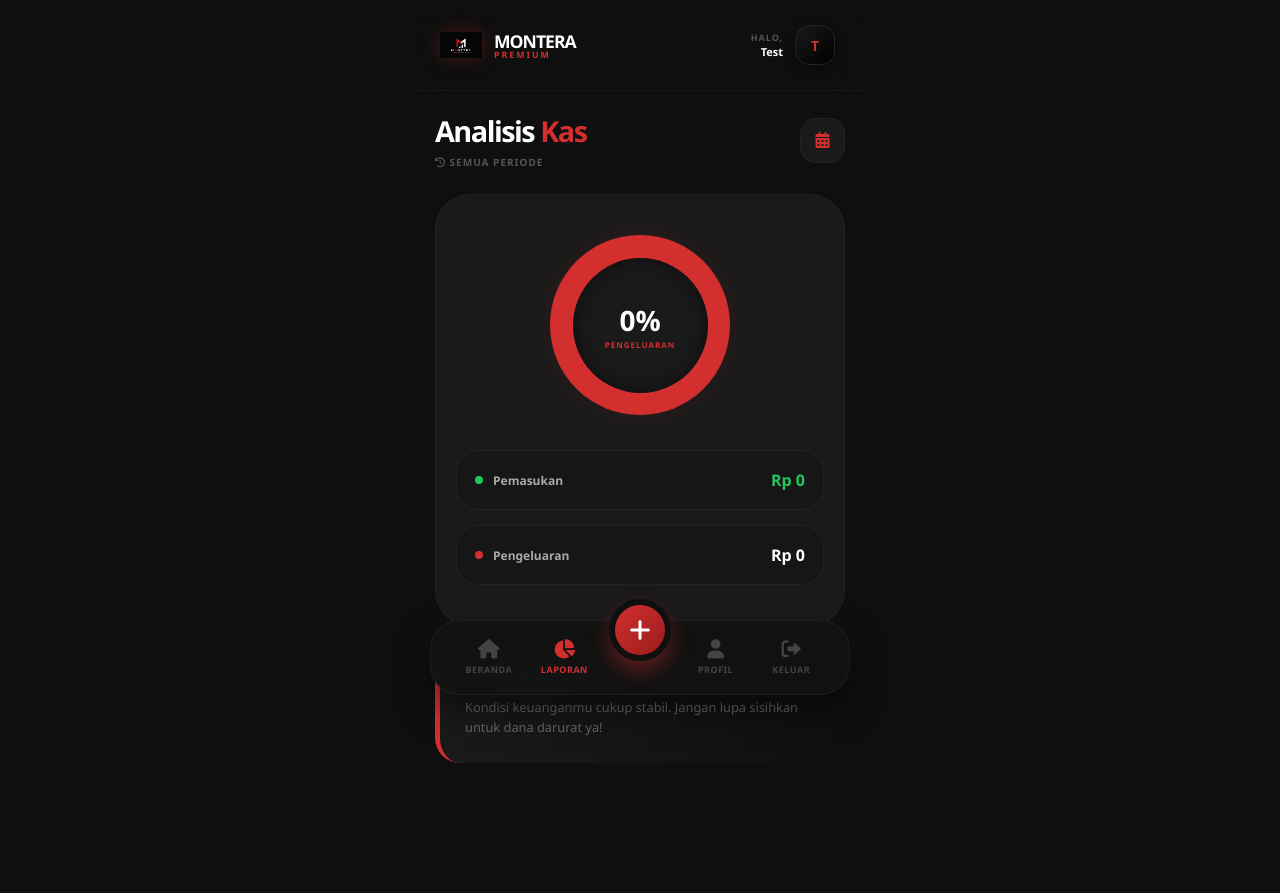
Repository: Tenno1208/montera-app
Page: http://localhost/laporan
These files come from the project's save history. The page is drawn as it stood at one moment and after the next save; the edit follows.
The browser window is 1280 px wide. The pictures show the whole page.
The page is served by the project's Laravel application, run on PHP 8.4 with Laravel 12. A made-up administrator, Test User (test@example.com), is signed in. Queries for data that is not in the repository find no rows.

Above is the page before, as saved 2026-04-23 19:53:38.

After the next save:
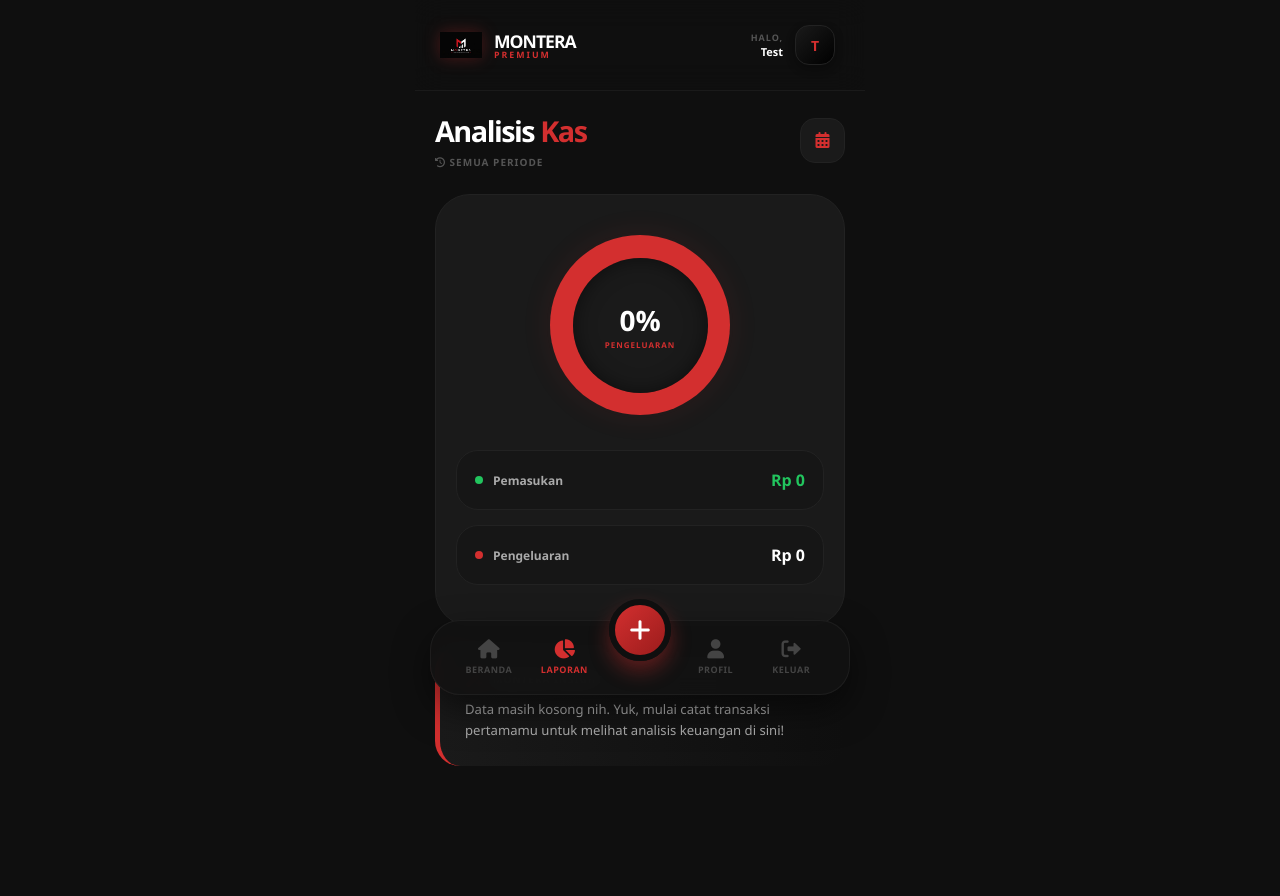
Saved 116 s later.
--- a/resources/views/laporan.blade.php
+++ b/resources/views/laporan.blade.php
@@ -107,19 +107,44 @@
     </div>
 
     <div class="tips-card">
-        <div style="display: flex; align-items: center; gap: 10px; margin-bottom: 10px;">
+        <div style="display: flex; align-items: center; gap: 10px; margin-bottom: 12px;">
             <i class="fa-solid fa-wand-magic-sparkles" style="color: #D32F2F;"></i>
-            <span style="font-size: 10px; font-weight: 900; color: white; text-transform: uppercase;">Montera Insight</span>
-        </div>
-        <p style="font-size: 0.8rem; color: #666; line-height: 1.6; margin: 0;">
-            @if($totalExpense > $totalIncome)
-                Dompetmu dalam bahaya! Pengeluaran melebihi pemasukan. Coba kurangi belanja yang tidak perlu.
-            @elseif($totalIncome > 0 && ($totalExpense / $totalIncome) < 0.4)
-                Keren! Tabunganmu bulan ini sangat sehat. Teruskan pola hidup hematmu!
-            @else
-                Kondisi keuanganmu cukup stabil. Jangan lupa sisihkan untuk dana darurat ya!
+            <span style="font-size: 10px; font-weight: 900; color: white; text-transform: uppercase; letter-spacing: 1px;">Montera Insight</span>
+        </div>
+        <p style="font-size: 0.82rem; color: #aaa; line-height: 1.6; margin: 0;">
+            @php
+                $ratio = $totalIncome > 0 ? ($totalExpense / $totalIncome) : ($totalExpense > 0 ? 2 : 0);
+                $savings = $totalIncome - $totalExpense;
+            @endphp
+
+            @if($totalIncome == 0 && $totalExpense == 0)
+                Data masih kosong nih. Yuk, mulai catat transaksi pertamamu untuk melihat analisis keuangan di sini!
+            @elseif($totalIncome == 0 && $totalExpense > 0)
+                <strong style="color: #ff4d4d;">Bahaya!</strong> Kamu tercatat melakukan pengeluaran sebesar <strong>Rp {{ number_format($totalExpense, 0, ',', '.') }}</strong> tanpa adanya pemasukan. Segera cari sumber kas agar saldo tidak minus!
+            @elseif($ratio > 1)
+                <strong style="color: #ff4d4d;">Defisit Terdeteksi!</strong> Pengeluaranmu <strong>{{ round(($ratio - 1) * 100) }}% lebih besar</strong> dari pemasukan. Kamu menggunakan dana cadangan. Kurangi belanja non-prioritas sekarang juga!
+            @elseif($ratio >= 0.9)
+                <strong style="color: #f1c40f;">Zona Kuning!</strong> Sisa uangmu hanya tinggal <strong>{{ round((1 - $ratio) * 100) }}%</strong>. Sangat tipis! Hindari pengeluaran besar hingga pemasukan berikutnya tiba.
+            @elseif($ratio >= 0.5)
+                <strong style="color: #3498db;">Cukup Stabil.</strong> Kamu telah menghabiskan sekitar setengah dari pemasukanmu. Pastikan sisanya dialokasikan untuk tabungan atau investasi sebelum habis terpakai.
+            @elseif($ratio > 0 && $ratio < 0.5)
+                <strong style="color: #22c55e;">Luar Biasa!</strong> Pengeluaranmu sangat terjaga (di bawah 50%). Kamu punya surplus <strong>Rp {{ number_format($savings, 0, ',', '.') }}</strong>. Waktu yang tepat untuk <i>self-reward</i> tipis-tipis atau tambah investasi!
+            @elseif($totalIncome > 0 && $totalExpense == 0)
+                <strong style="color: #22c55e;">Sempurna!</strong> Pemasukan utuh 100%. Belum ada pengeluaran tercatat. Pertahankan disiplin ini agar target finansialmu cepat tercapai!
             @endif
         </p>
+
+        @if($totalIncome > 0 && $ratio < 0.8)
+            <div style="margin-top: 15px; padding-top: 12px; border-top: 1px solid #222; display: flex; align-items: center; gap: 8px;">
+                <i class="fa-solid fa-circle-check" style="color: #22c55e; font-size: 12px;"></i>
+                <span style="font-size: 10px; color: #555; font-weight: bold; text-transform: uppercase;">Skor Kesehatan: Baik</span>
+            </div>
+        @elseif($totalIncome > 0)
+            <div style="margin-top: 15px; padding-top: 12px; border-top: 1px solid #222; display: flex; align-items: center; gap: 8px;">
+                <i class="fa-solid fa-circle-exclamation" style="color: #D32F2F; font-size: 12px;"></i>
+                <span style="font-size: 10px; color: #555; font-weight: bold; text-transform: uppercase;">Skor Kesehatan: Perlu Evaluasi</span>
+            </div>
+        @endif
     </div>
 
     <div class="modal-filter" id="filterModal">
